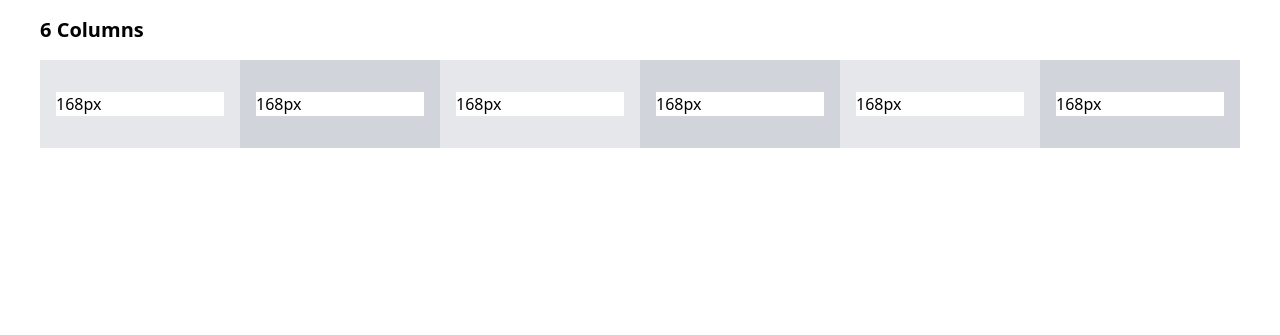
Repository: fabianwurk/vue-tailwind
Page: /
These files come from the project's save history. The page is drawn as it stood at one moment and after the next save; the edit follows.
The browser window is 1280 px wide. The pictures show the whole page.
The project was rebuilt for these pictures with package versions that can differ from the ones it lists, and the page was loaded fresh each time. Also part of the build but not shown: vite.config.js.

Above is the page before, as saved 2021-03-15 23:09:23.

After the next save:
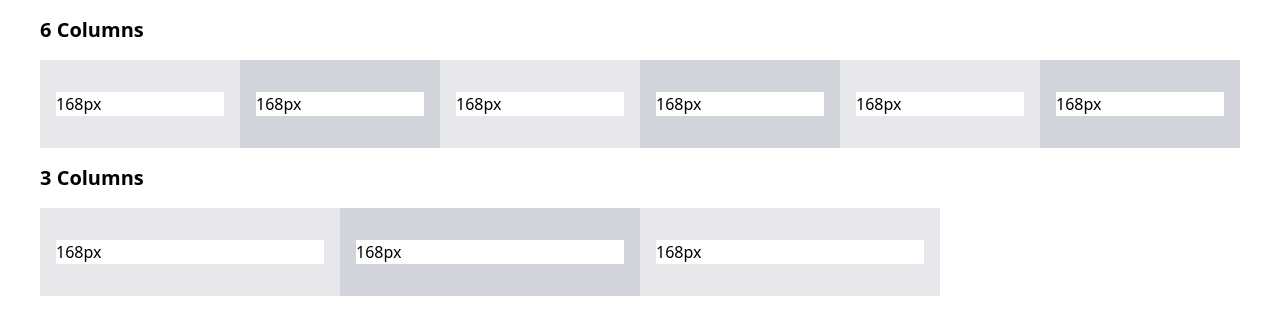
Saved 81 s later.
--- a/src/components/Tail.vue
+++ b/src/components/Tail.vue
@@ -25,5 +25,20 @@
     </div>
   </div>
 
+  <div class="container mx-auto">
+    <h2 class="text-xl font-bold my-4">3 Columns</h2>
+    <div class="flex items-center">
+      <div class="w-1/4 bg-gray-200 py-8 px-4">
+        <span class="bg-white w-full block">168px</span>
+      </div>
+      <div class="w-1/4 bg-gray-300 py-8 px-4">
+        <span class="bg-white w-full block">168px</span>
+      </div>
+      <div class="w-1/4 bg-gray-200 py-8 px-4">
+        <span class="bg-white w-full block">168px</span>
+      </div>
+    </div>
+  </div>
+
   </div>
 </template>
